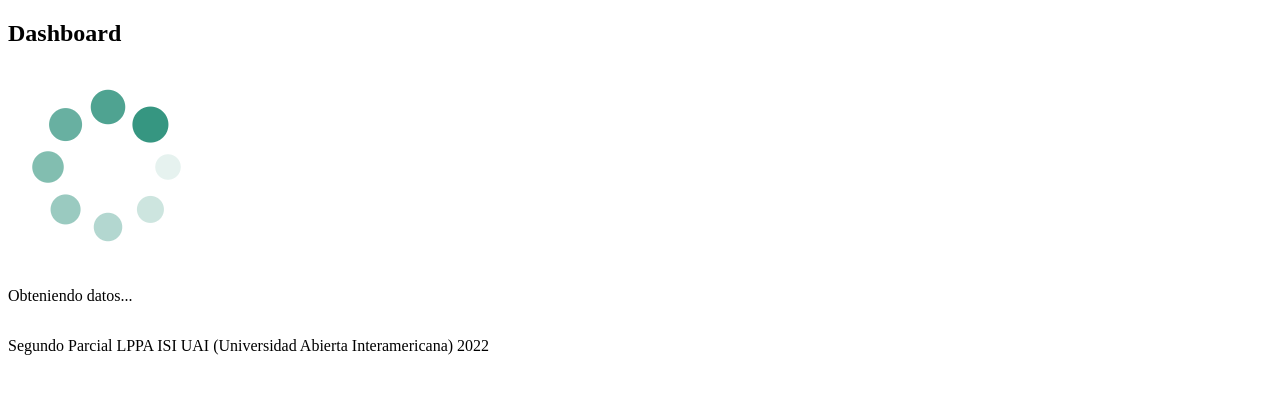
Repository: Divineridh/lppa-parcial2
Page: dashboard.html
The author's editor kept a copy of each file at every save. The page is drawn from the files as they stood at one save, then again after the next save.
The browser window is 1280 px wide. The pictures show the whole page.

Above is the page before, as saved 2022-07-04 19:33:17.

After the next save:
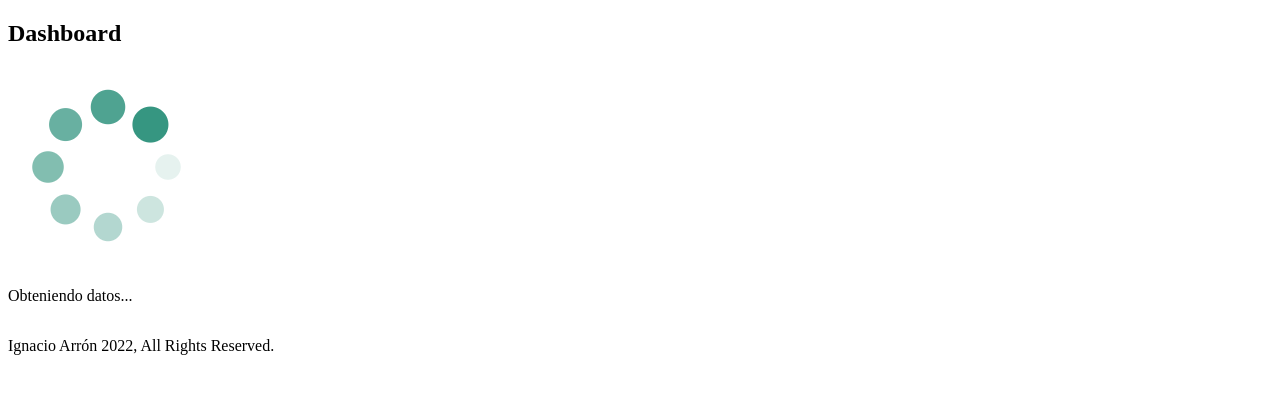
Saved 17 s later.
--- a/dashboard.html
+++ b/dashboard.html
@@ -21,7 +21,7 @@
     </div>
     <footer>
         <p>
-            Segundo Parcial LPPA ISI UAI (Universidad Abierta Interamericana) 2022
+            Ignacio Arrón 2022, All Rights Reserved.
         </p>
     </footer>
 </body>
